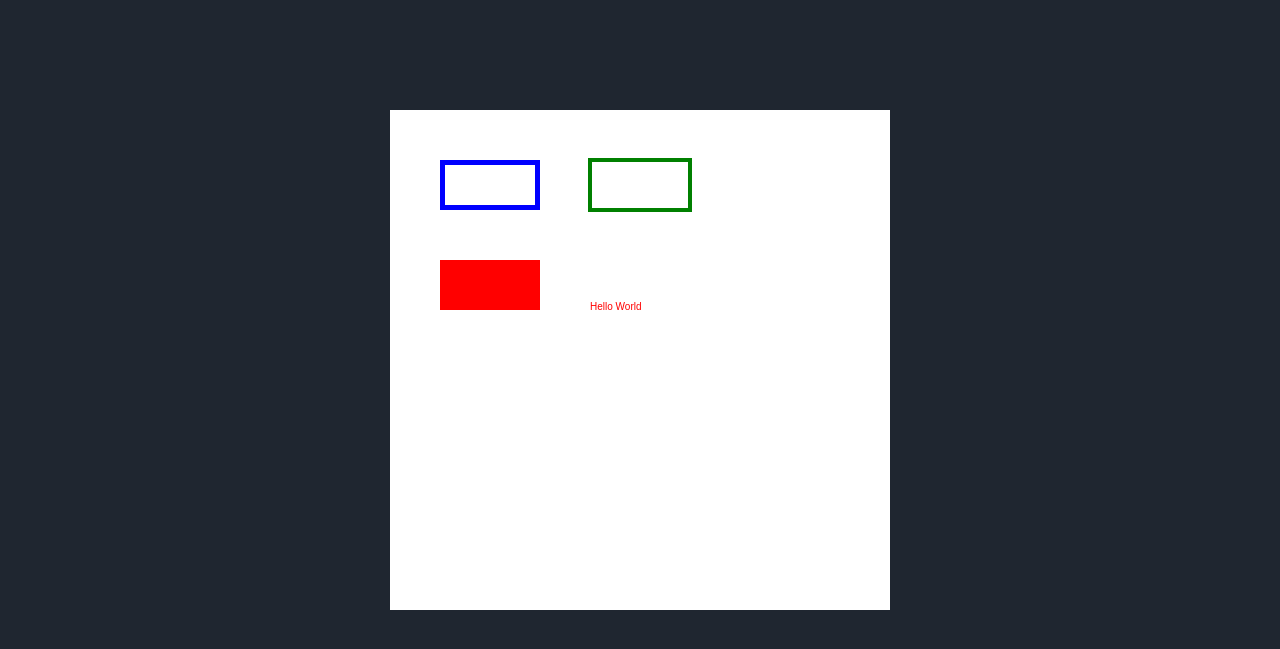
Repository: thecodeholic/cst-javascript-course
Page: /
These files come from the project's save history. The page is drawn as it stood at one moment and after the next save; the edit follows.
The browser window is 1280 px wide. The pictures show the whole page.
The project was rebuilt for these pictures with package versions that can differ from the ones it lists, and the page was loaded fresh each time.

Above is the page before, as saved 2020-11-25 09:41:03.

### index.html
<!doctype html>
<html lang="en">
  <head>
    <!-- Required meta tags -->
    <meta charset="utf-8">
    <meta name="viewport" content="width=device-width, initial-scale=1, shrink-to-fit=no">

    <!-- Bootstrap CSS -->
    <link rel="stylesheet" href="https://stackpath.bootstrapcdn.com/bootstrap/4.5.2/css/bootstrap.min.css" integrity="sha384-JcKb8q3iqJ61gNV9KGb8thSsNjpSL0n8PARn9HuZOnIxN0hoP+VmmDGMN5t9UJ0Z" crossorigin="anonymous">

    <title>Javascript Course</title>

    <link rel="stylesheet" href="app.css">
  </head>
  <body>
    <canvas id="myCanvas" width="500" height="500">Your browser does not support canvas</canvas>
    <script src="app.js"></script>
    <!-- <script src="homework.js"></script> -->
  </body>
</html>

### app.css
* {
    box-sizing: border-box;
}
html {
    height: 100%;
}

body {
    background-color: rgb(31, 38, 48);
    display: flex;
    align-items: center;
    justify-content: center;
    height: 100%;;
}

canvas {
    background-color: #FFF;

}

### app.js
// What is canvas?
// https://developer.mozilla.org/en-US/docs/Web/API/Canvas_API/Tutorial
// https://www.w3schools.com/html/html5_canvas.asp
// https://www.w3schools.com/graphics/canvas_intro.asp
// https://www.w3schools.com/graphics/canvas_reference.asp
// https://developer.mozilla.org/en-US/docs/Web/API/Canvas_API

// How to create it and use it
const canvas = document.getElementById('myCanvas');
const ctx = canvas.getContext('2d');

// Draw rectangles
// =================
// fillRect
ctx.fillStyle = 'blue';
ctx.fillRect(50, 50, 100, 50);
ctx.fillStyle = 'red';
ctx.fillRect(50, 150, 100, 50)

// strokeRect
ctx.strokeStyle = 'green';
ctx.lineWidth = 4;
ctx.strokeRect(200, 50, 100, 50);

// clearRect
ctx.clearRect(55, 55, 90, 40);

// fillText
ctx.fillText("Hello World", 200, 200)

// strokeText

// Paths   beginPath, moveTo, lineTo, closePath, stroke, fill
// ==============

// Arcs
// ====================

// Draw image
// ====================

// Write text
// ====================

// Ball animation

Loaded but not shown: src/index.js (no copy from this time; the picture is the same without it)

After the next save:
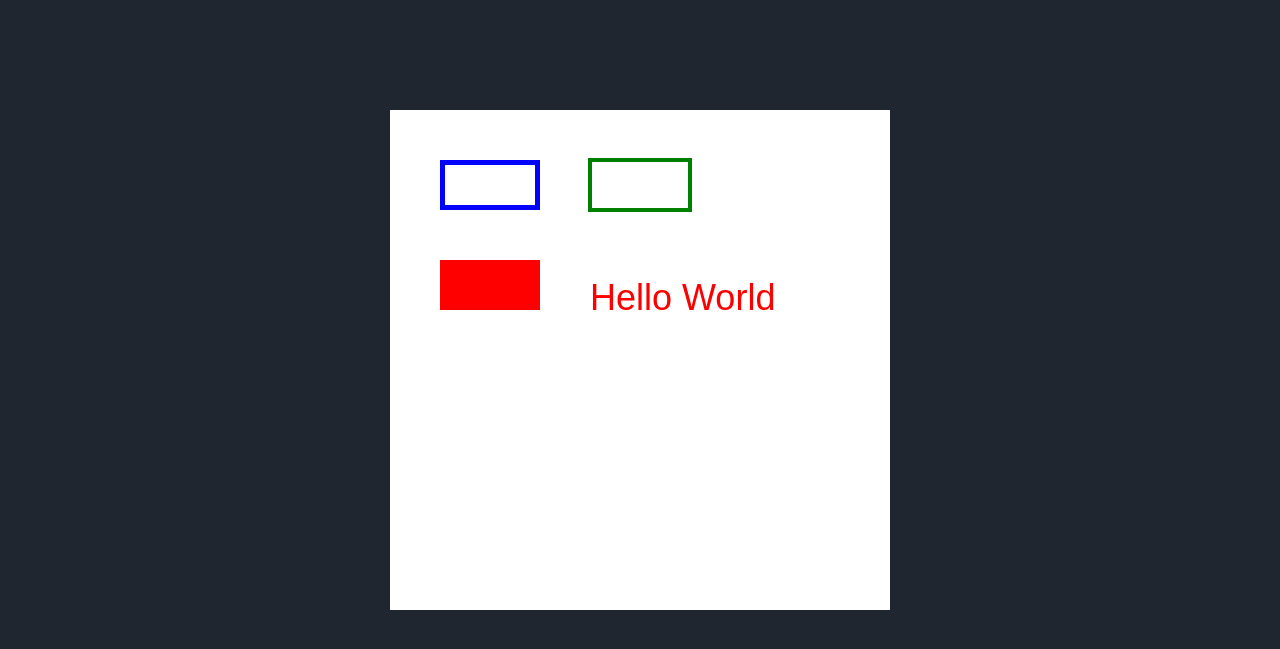
Saved 18 s later.
--- a/app.js
+++ b/app.js
@@ -26,6 +26,7 @@ ctx.strokeRect(200, 50, 100, 50);
 ctx.clearRect(55, 55, 90, 40);
 
 // fillText
+ctx.font = '36px Arial';
 ctx.fillText("Hello World", 200, 200)
 
 // strokeText
